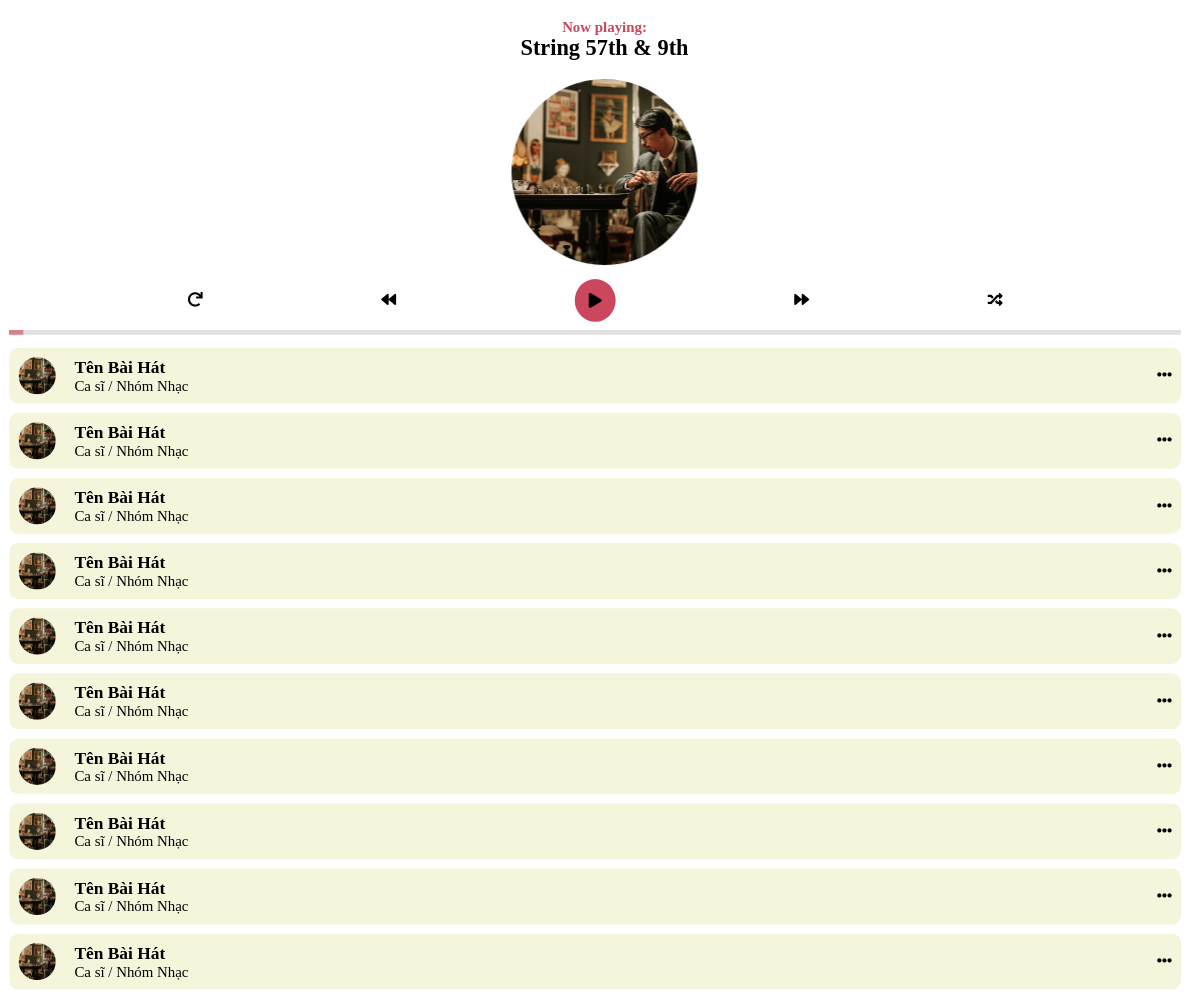
Repository: dovanthao2404/AppMusicPlayer
Page: index.html
These files come from the project's save history. The page is drawn as it stood at one moment and after the next save; the edit follows.
The browser window is 1280 px wide. The pictures show the whole page, at 93% of full size.

Above is the page before, as saved 2021-06-28 11:10:16.

### index.html
<!DOCTYPE html>
<html lang="en">

<head>
  <meta charset="UTF-8">
  <meta http-equiv="X-UA-Compatible" content="IE=edge">
  <meta name="viewport" content="width=device-width, initial-scale=1.0">
  <title>Music</title>
  <!-- FONTAWESOME -->
  <link rel="stylesheet" href="https://cdnjs.cloudflare.com/ajax/libs/font-awesome/5.15.3/css/all.min.css"
    integrity="sha512-iBBXm8fW90+nuLcSKlbmrPcLa0OT92xO1BIsZ+ywDWZCvqsWgccV3gFoRBv0z+8dLJgyAHIhR35VZc2oM/gI1w=="
    crossorigin="anonymous" referrerpolicy="no-referrer" />
  <!-- MAIN CSS -->
  <link rel="stylesheet" href="./css/app.css">
</head>

<body>
  <div class="player">
    <div class="dashboards">
      <!-- HEADER -->
      <header>
        <h4>Now playing:</h4>
        <h2>String 57th & 9th</h2>
      </header>

      <!-- CD -->
      <div id="cd" class="cd">
        <div class="thumb">
          <img src="./img/loinho.jpg" alt="">
        </div>
      </div>

      <!-- CONTROL -->
      <div class="controls" class="controls">
        <div class="btn btn-repeat">
          <i class="fa fa-redo"></i>
        </div>
        <div class="btn btn-prev">
          <i class="fa fa-backward"></i>
        </div>
        <div class="btn btn-toggle-play">
          <i class="fa fa-play"></i>
        </div>
        <div class="btn btn-next">
          <i class="fa fa-forward"></i>
        </div>
        <div class="btn btn-random">
          <i class="fa fa-random"></i>
        </div>
      </div>

      <!-- PROGRESS -->
      <input id="progress" class="progress" value="0" step="1" min="0" max="100" type="range">

      <!-- AUDIO -->
      <audio id="audio" src="./music/trontim.mp3"></audio>

      <!-- PLAY LIST -->
      <div class="playlist">
        <div class="song">
          <div class="thumb">
            <img src="./img/loinho.jpg" alt="">
          </div>
          <div class="body">
            <h3 class="title">Tên Bài Hát</h3>
            <p class="author">Ca sĩ / Nhóm Nhạc</p>
          </div>
          <div class="option">
            <i class="fa fa-ellipsis-h"></i>
          </div>
        </div>
        <div class="song">
          <div class="thumb">
            <img src="./img/loinho.jpg" alt="">
          </div>
          <div class="body">
            <h3 class="title">Tên Bài Hát</h3>
            <p class="author">Ca sĩ / Nhóm Nhạc</p>
          </div>
          <div class="option">
            <i class="fa fa-ellipsis-h"></i>
          </div>
        </div>
        <div class="song">
          <div class="thumb">
            <img src="./img/loinho.jpg" alt="">
          </div>
          <div class="body">
            <h3 class="title">Tên Bài Hát</h3>
            <p class="author">Ca sĩ / Nhóm Nhạc</p>
          </div>
          <div class="option">
            <i class="fa fa-ellipsis-h"></i>
          </div>
        </div>
        <div class="song">
          <div class="thumb">
            <img src="./img/loinho.jpg" alt="">
          </div>
          <div class="body">
            <h3 class="title">Tên Bài Hát</h3>
            <p class="author">Ca sĩ / Nhóm Nhạc</p>
          </div>
          <div class="option">
            <i class="fa fa-ellipsis-h"></i>
          </div>
        </div>
        <div class="song">
          <div class="thumb">
            <img src="./img/loinho.jpg" alt="">
          </div>
          <div class="body">
            <h3 class="title">Tên Bài Hát</h3>
            <p class="author">Ca sĩ / Nhóm Nhạc</p>
          </div>
          <div class="option">
            <i class="fa fa-ellipsis-h"></i>
          </div>
        </div>
        <div class="song">
          <div class="thumb">
            <img src="./img/loinho.jpg" alt="">
          </div>
          <div class="body">
            <h3 class="title">Tên Bài Hát</h3>
            <p class="author">Ca sĩ / Nhóm Nhạc</p>
          </div>
          <div class="option">
            <i class="fa fa-ellipsis-h"></i>
          </div>
        </div>
        <div class="song">
          <div class="thumb">
            <img src="./img/loinho.jpg" alt="">
          </div>
          <div class="body">
            <h3 class="title">Tên Bài Hát</h3>
            <p class="author">Ca sĩ / Nhóm Nhạc</p>
          </div>
          <div class="option">
            <i class="fa fa-ellipsis-h"></i>
          </div>
        </div>
        <div class="song">
          <div class="thumb">
            <img src="./img/loinho.jpg" alt="">
          </div>
          <div class="body">
            <h3 class="title">Tên Bài Hát</h3>
            <p class="author">Ca sĩ / Nhóm Nhạc</p>
          </div>
          <div class="option">
            <i class="fa fa-ellipsis-h"></i>
          </div>
        </div>
        <div class="song">
          <div class="thumb">
            <img src="./img/loinho.jpg" alt="">
          </div>
          <div class="body">
            <h3 class="title">Tên Bài Hát</h3>
            <p class="author">Ca sĩ / Nhóm Nhạc</p>
          </div>
          <div class="option">
            <i class="fa fa-ellipsis-h"></i>
          </div>
        </div>
        <div class="song">
          <div class="thumb">
            <img src="./img/loinho.jpg" alt="">
          </div>
          <div class="body">
            <h3 class="title">Tên Bài Hát</h3>
            <p class="author">Ca sĩ / Nhóm Nhạc</p>
          </div>
          <div class="option">
            <i class="fa fa-ellipsis-h"></i>
          </div>
        </div>
      </div>
    </div>
  </div>
  <script src="./js/app.js"></script>
</body>

</html>

### css/app.css
/* GLOBAL */
* {
  padding: 0;
  margin: 0;
  box-sizing: border-box;
}
/* PLAYER */
.dashboards {
  margin: 0 10px;
}
header {
  text-align: center;
  margin: 20px 0;
  position: fixed;
  top: 0;
  width: 100%;
  z-index: 9999;
}
header h4 {
  color: rgb(202, 71, 93);
}
.cd {
  position: fixed;
  top: 85px;
  width: 100%;
  z-index: 9999;
}
.cd .thumb {
  width: 200px;
  height: 200px;
  position: absolute;
  top: 50%;
  left: 50%;
  transform: translate(-50%);
}
.cd .thumb img {
  border-radius: 50%;
  width: 100%;
  height: 100%;
  object-fit: cover;
}
.controls {
  display: flex;
  justify-content: space-evenly;
  align-items: center;
  margin-top: 300px;
  position: sticky;
  top: 85px;
  z-index: 9999;
}
.btn-toggle-play .fa {
  padding: 15px;
  border-radius: 50%;
  background-color: rgb(202, 71, 93);
}
.controls .fa-pause {
  display: none;
}
.progress {
  -webkit-appearance: none;
  width: 100%;
  height: 5px;
  background: #d3d3d3;
  outline: none;
  opacity: 0.7;
  transition: opacity 0.2s;
  position: sticky;
  top: 145px;
  z-index: 9999;
}
.progress::-webkit-slider-thumb {
  -webkit-appearance: none;
  appearance: none;
  width: 15px;
  height: 5px;
  background: rgb(202, 71, 93);
  cursor: pointer;
}
.progress::-moz-range-thumb {
  width: 15px;
  height: 5px;
  background: rgb(202, 71, 93);
  cursor: pointer;
}
.song {
  margin: 10px 0;
  background-color: beige;
  display: flex;
  align-items: center;
  padding: 10px;
  border-radius: 10px;
  position: relative;
}
.song .thumb {
  width: 40px;
  height: 40px;
}
.song .thumb img {
  width: 100%;
  height: 100%;
  border-radius: 50%;
  object-fit: cover;
}
.song .body {
  margin-left: 20px;
}
.song .option {
  position: absolute;
  right: 0;
  margin-right: 10px;
}

Loaded but not shown: js/app.js (no stored copy; drawn as an empty file)

After the next save:
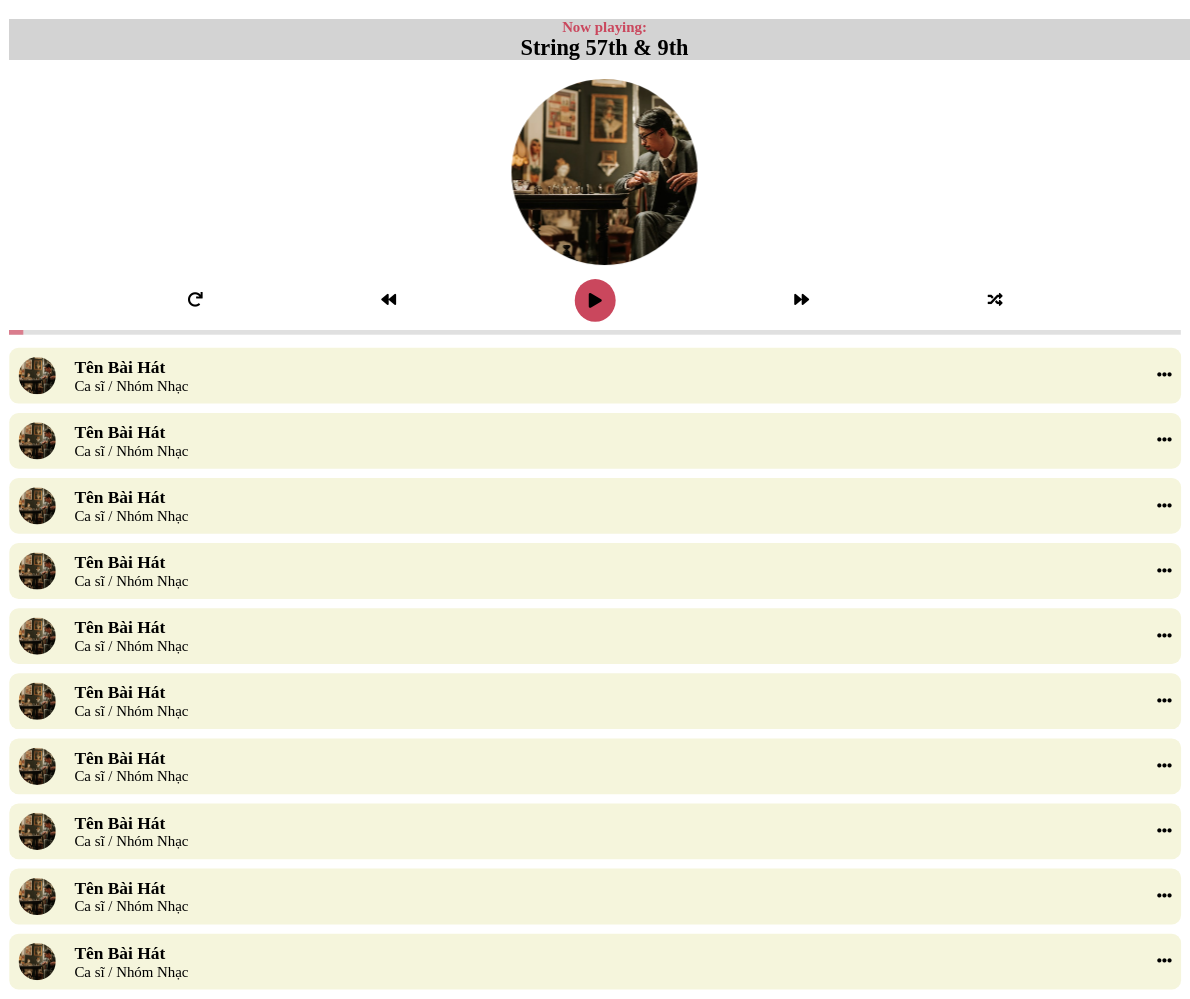
Saved 38 s later.
--- a/css/app.css
+++ b/css/app.css
@@ -15,6 +15,7 @@ header {
   top: 0;
   width: 100%;
   z-index: 9999;
+  background-color: #d3d3d3;
 }
 header h4 {
   color: rgb(202, 71, 93);
